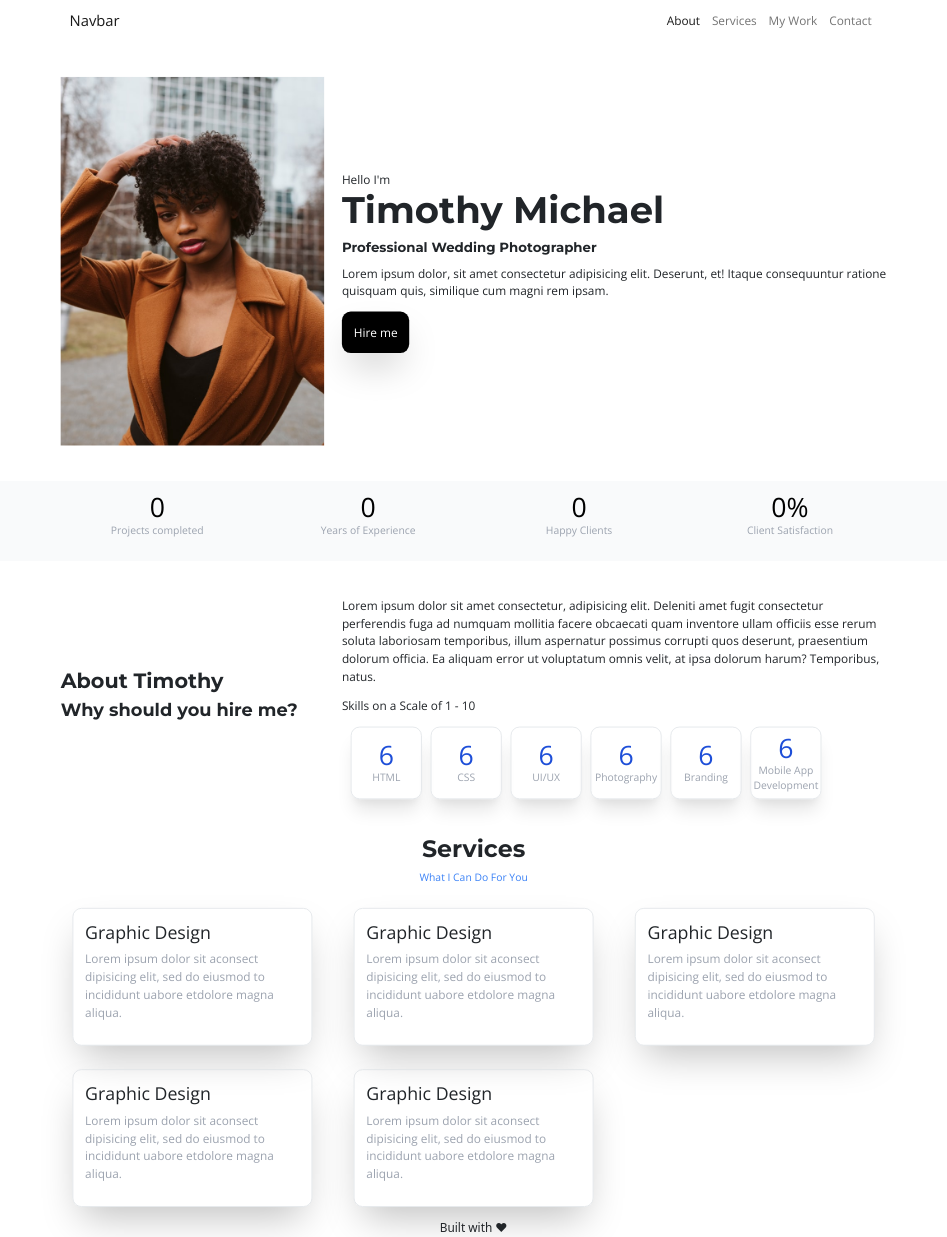
Repository: latenightsnacc/giggles
Page: HTML/freelancer.html
These files come from the project's save history. The page is drawn as it stood at one moment and after the next save; the edit follows.
The browser window is 1280 px wide. The pictures show the whole page, at 74% of full size.
Some web libraries are served in a nearby version.

Above is the page before, as saved 2021-01-03 16:16:14.

### HTML/freelancer.html
<!DOCTYPE html>
<html lang="en">
<head>
    <meta charset="UTF-8">
    <meta name="viewport" content="width=device-width, initial-scale=1.0">
    <link href="https://cdnjs.cloudflare.com/ajax/libs/tailwindcss/2.0.2/tailwind.min.css" rel="stylesheet">
    <link rel="stylesheet" href="https://stackpath.bootstrapcdn.com/font-awesome/4.7.0/css/font-awesome.min.css" />
    <link href="https://cdn.jsdelivr.net/npm/bootstrap@5.0.0-beta1/dist/css/bootstrap.min.css" rel="stylesheet" integrity="sha384-giJF6kkoqNQ00vy+HMDP7azOuL0xtbfIcaT9wjKHr8RbDVddVHyTfAAsrekwKmP1" crossorigin="anonymous">
    <link rel="stylesheet" href="stylesheet.css">
    <title>Freelancer Page</title>
</head>
<body class="overflow-x-hidden">
    <header class="container">
        <nav class="navbar navbar-expand-lg navbar-light bg-white">
            <div class="container-fluid">
              <a class="navbar-brand" href="#">Navbar</a>
              <button class="navbar-toggler" type="button" data-bs-toggle="collapse" data-bs-target="#navbarNavDropdown" aria-controls="navbarNavDropdown" aria-expanded="false" aria-label="Toggle navigation">
                <span class="navbar-toggler-icon"></span>
              </button>
              <div class="collapse navbar-collapse" id="navbarNavDropdown">
                <ul class="navbar-nav ml-auto">
                  <li class="nav-item">
                    <a class="nav-link active" aria-current="page" href="#">About</a>
                  </li>
                  <li class="nav-item">
                    <a class="nav-link" href="#">Services</a>
                  </li>
                  <li class="nav-item">
                    <a class="nav-link" href="#">My Work</a>
                  </li>
                  <li class="nav-item">
                    <a class="nav-link" href="#">Contact</a>
                  </li>
                  <!-- <li class="nav-item dropdown">
                    <a class="nav-link dropdown-toggle" href="#" id="navbarDropdownMenuLink" role="button" data-bs-toggle="dropdown" aria-expanded="false">
                      Dropdown link
                    </a>
                    <ul class="dropdown-menu" aria-labelledby="navbarDropdownMenuLink">
                      <li><a class="dropdown-item" href="#">Action</a></li>
                      <li><a class="dropdown-item" href="#">Another action</a></li>
                      <li><a class="dropdown-item" href="#">Something else here</a></li>
                    </ul>
                  </li> -->
                </ul>
              </div>
            </div>
        </nav>
    </header>
    <main>
        <!--User Banner-->
        <div class="container mt-5">
            <div class="row flex items-center h-auto">
                <div class="col-sm-12 col-md-4 col-lg-4 col-xl-4">
                    <img src="assets/userDp.jpg" alt="Profile Picture">
                </div>
                <div class="col-sm-12 col-md-8 col-lg-8 col-xl-8">
                    <div class="user-info">
                        <span>Hello I'm</span>
                        <h1>Timothy Michael</h1>
                        <h2>Professional Wedding Photographer</h2>
                        <p>Lorem ipsum dolor, sit amet consectetur adipisicing elit. Deserunt, et! Itaque consequuntur ratione quisquam quis, similique cum magni rem ipsam.</p>
                        <button class="bg-black text-white p-3 semi-bold rounded-xl shadow-2xl">Hire me</button>
                    </div>
                </div>
            </div>
        </div>
        <!--User Statisitics-->
        <div class="stats w-full bg-gray-50 flex items-center h-auto py-3 mt-5">
            <div class="container">
                <div class="row">
                    <div class="stat-box col text-center">
                        <div class="bold text-4xl text-black">0</div>
                        <p class="text-sm text-gray-400">Projects completed</p>

                    </div>
                    <div class="stat-box col text-center">
                        <div class="bold text-4xl text-black">0</div>
                        <p class="text-sm text-gray-400">Years of Experience</p>
                    </div>
                    <div class="stat-box col text-center">
                        <div class="bold text-4xl text-black">0</div>
                        <p class="text-sm text-gray-400">Happy Clients</p>
                    </div>
                    <div class="stat-box col text-center">
                        <div class="bold text-4xl text-black">0%</div>
                        <p class="text-sm text-gray-400">Client Satisfaction</p>
                    </div>
                </div>
            </div>
        </div>
        <!--About User-->
        <div class="container">
            <div class="row h-auto flex flex-row items-center">
                <div class="col-sm-12 col-md-6 col-lg-4 col-xl-4 pt-5">
                    <h3>About Timothy</h3>
                    <h4>Why should you hire me?</h4>
                </div>
                <div class="col-sm-12 col-md-6 col-lg-8 col-xl-8 pt-5">
                    <p>Lorem ipsum dolor sit amet consectetur, adipisicing elit. Deleniti amet fugit consectetur perferendis fuga ad numquam mollitia facere obcaecati quam inventore ullam officiis esse rerum soluta laboriosam temporibus, illum aspernatur possimus corrupti quos deserunt, praesentium dolorum officia. Ea aliquam error ut voluptatum omnis velit, at ipsa dolorum harum? Temporibus, natus.</p>
                    <span class="bold">Skills on a Scale of 1 - 10</span>
                    <div class="d-flex flex-wrap">
                        <div class="skill-box shadow-xl max-w-sm w-24 p-2 ml-3 mt-3 border border-gray-100 rounded-xl flex flex-col items-center justify-center text-center">

                            <span class="text-blue-700 bold text-4xl">6</span>
                            <div class="text-sm text-gray-400">HTML</div>
                        </div>
                        <div class="skill-box shadow-xl max-w-sm w-24 p-2 ml-3 mt-3 border border-gray-100 rounded-xl flex flex-col items-center justify-center text-center">

                            <span class="text-blue-700 bold text-4xl">6</span>
                            <div class="text-sm text-gray-400">CSS</div>
                        </div>
                        <div class="skill-box shadow-xl max-w-sm w-24 p-2 ml-3 mt-3 border border-gray-100 rounded-xl flex flex-col items-center justify-center text-center">

                            <span class="text-blue-700 bold text-4xl">6</span>
                            <div class="text-sm text-gray-400">UI/UX</div>
                        </div>
                        <div class="skill-box shadow-xl max-w-sm w-24 p-2 ml-3 mt-3 border border-gray-100 rounded-xl flex flex-col items-center justify-center text-center">

                            <span class="text-blue-700 bold text-4xl">6</span>
                            <div class="text-sm text-gray-400">Photography</div>
                        </div>
                        <div class="skill-box shadow-xl max-w-sm w-24 p-2 ml-3 mt-3 border border-gray-100 rounded-xl flex flex-col items-center justify-center text-center">

                            <span class="text-blue-700 bold text-4xl">6</span>
                            <div class="text-sm text-gray-400">Branding</div>
                        </div>
                        <div class="skill-box shadow-xl max-w-sm w-24 p-2 ml-3 mt-3 border border-gray-100 rounded-xl flex flex-col items-center justify-center text-center">

                            <span class="text-blue-700 bold text-4xl">6</span>
                            <div class="text-sm text-gray-400">Mobile App Development</div>
                        </div>
                    </div>
                </div>
            </div>
        </div>
        <!--Services User Provides-->
        <div class="container mt-5">
            <h2 class="text-center">Services</h2>
            <p class="text-blue-500 text-sm capitalize text-center">What I can do for you</p>
            <div class="row">
                <div class="col-xs-12 col-sm-12 col-md-3 col-lg-3 col-xl-4">
                    <div class="max-w-sm shadow-2xl border border-gray-100 rounded-xl p-3 m-3 hover:bg-black hover:text-white">
                        <div class="service-title text-2xl bold  pb-2">Graphic Design</div>
                        <p class="text-md text-gray-400">Lorem ipsum dolor sit aconsect dipisicing elit, sed do eiusmod to incididunt uabore etdolore magna aliqua.</p>
                    </div>
                </div>
                <div class="col-xs-12 col-sm-12 col-md-3 col-lg-3 col-xl-4">
                    <div class="max-w-sm shadow-2xl border border-gray-100 rounded-xl p-3 m-3 hover:bg-black hover:text-white">
                        <div class="service-title text-2xl bold  pb-2">Graphic Design</div>
                        <p class="text-md text-gray-400">Lorem ipsum dolor sit aconsect dipisicing elit, sed do eiusmod to incididunt uabore etdolore magna aliqua.</p>
                    </div>
                </div>
                <div class="col-xs-12 col-sm-12 col-md-3 col-lg-3 col-xl-4">
                    <div class="max-w-sm shadow-2xl border border-gray-100 rounded-xl p-3 m-3 hover:bg-black hover:text-white">
                        <div class="service-title text-2xl bold  pb-2">Graphic Design</div>
                        <p class="text-md text-gray-400">Lorem ipsum dolor sit aconsect dipisicing elit, sed do eiusmod to incididunt uabore etdolore magna aliqua.</p>
                    </div>
                </div>
                <div class="col-xs-12 col-sm-12 col-md-3 col-lg-3 col-xl-4">
                    <div class="max-w-sm shadow-2xl border border-gray-100 rounded-xl p-3 m-3 hover:bg-black hover:text-white">
                        <div class="service-title text-2xl bold  pb-2">Graphic Design</div>
                        <p class="text-md text-gray-400">Lorem ipsum dolor sit aconsect dipisicing elit, sed do eiusmod to incididunt uabore etdolore magna aliqua.</p>
                    </div>
                </div>
                <div class="col-xs-12 col-sm-12 col-md-3 col-lg-3 col-xl-4">
                    <div class="max-w-sm shadow-2xl border border-gray-100 rounded-xl p-3 m-3 hover:bg-black hover:text-white">
                        <div class="service-title text-2xl bold  pb-2">Graphic Design</div>
                        <p class="text-md text-gray-400">Lorem ipsum dolor sit aconsect dipisicing elit, sed do eiusmod to incididunt uabore etdolore magna aliqua.</p>
                    </div>
                </div>
            </div>

        </div>
    </main>
    <footer class="text-center">Built with &hearts; </footer>
    <script src="https://cdn.jsdelivr.net/npm/bootstrap@5.0.0-beta1/dist/js/bootstrap.bundle.min.js" integrity="sha384-ygbV9kiqUc6oa4msXn9868pTtWMgiQaeYH7/t7LECLbyPA2x65Kgf80OJFdroafW" crossorigin="anonymous"></script>

</body>
</html>

### HTML/stylesheet.css
@import url('https://fonts.googleapis.com/css2?family=Montserrat:wght@700&family=Open+Sans:wght@300;400&display=swap');

h1, h2, h3, h4, h5, h6 {
    font-family: 'Montserrat', sans-serif;
}
.user-info h1 {
    line-height: 60px;
    font-size: 50px;
    font-weight: 700;
}
.user-info h2 {
    line-height: 27px;
    font-size: 18px;
    font-weight: 300;
}
p, div, a, button {
    font-family: 'Open Sans', sans-serif;
    font-weight: 300;
}

After the next save:
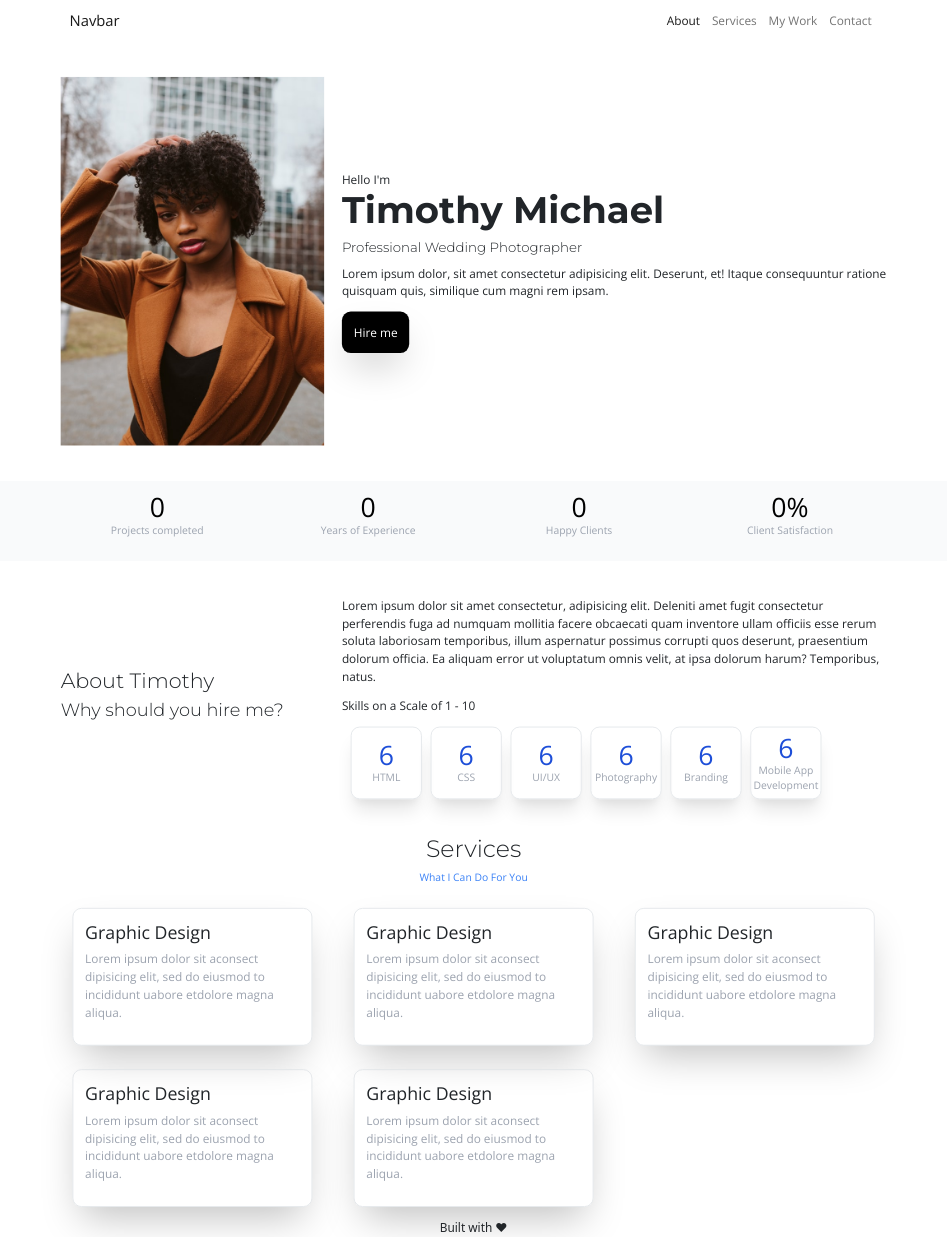
Saved 70 s later.
--- a/HTML/stylesheet.css
+++ b/HTML/stylesheet.css
@@ -1,4 +1,4 @@
-@import url('https://fonts.googleapis.com/css2?family=Montserrat:wght@700&family=Open+Sans:wght@300;400&display=swap');
+@import url('https://fonts.googleapis.com/css2?family=Montserrat:wght@300;700&family=Open+Sans:wght@300;400&display=swap');
 
 h1, h2, h3, h4, h5, h6 {
     font-family: 'Montserrat', sans-serif;
